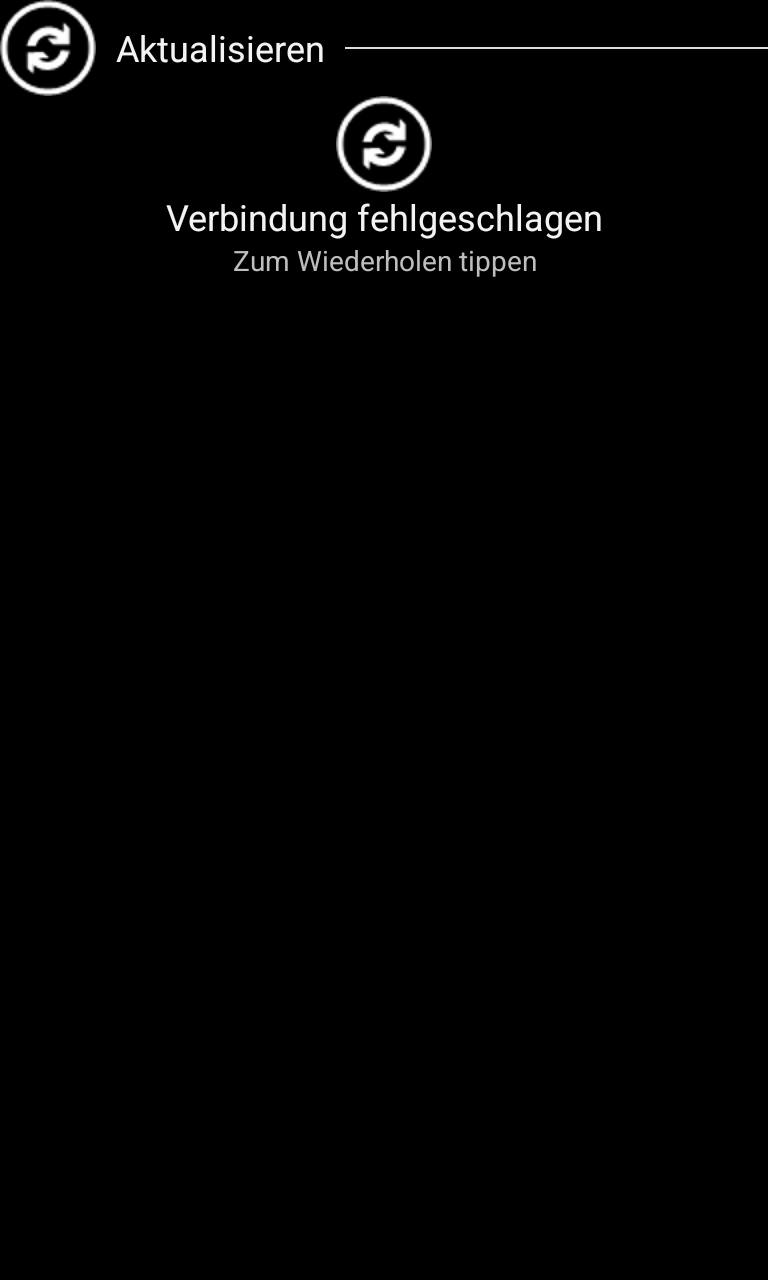
Repository: dwonisch/firefighterapp
Layout: FireFighter/res/layout/main.xml
The author's editor kept a copy of each file at every save. The layout is drawn from the files as they stood at one save, then again after the next save.
It is drawn on a 768 x 1280 px phone screen (xhdpi) without system bars, with theme android:Theme.Holo; the app's code is not run. Lists and similar views that code fills are empty.

Above is the layout before, as saved 2012-10-11 18:34:34.

After the next save:
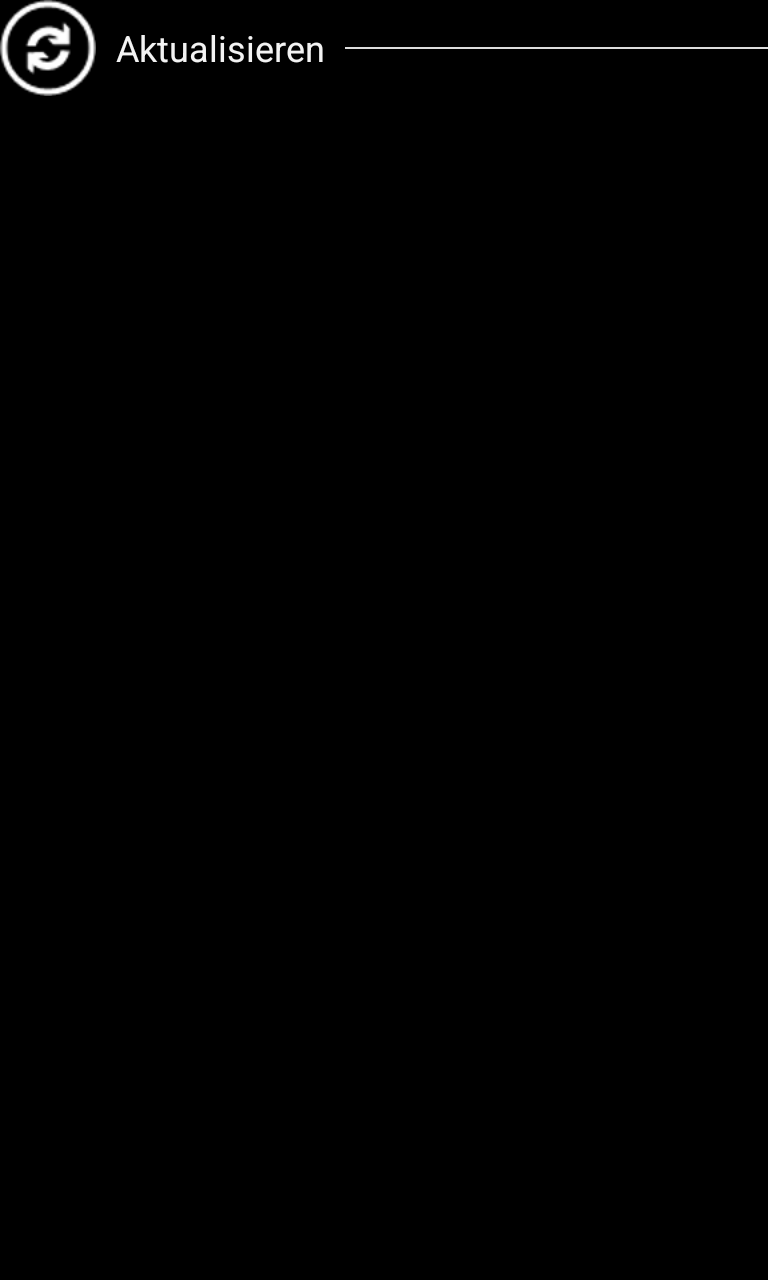
Saved 64 s later.
--- a/FireFighter/res/layout/main.xml
+++ b/FireFighter/res/layout/main.xml
@@ -5,33 +5,40 @@
     android:orientation="vertical" >
 
     <LinearLayout
+        xmlns:android="http://schemas.android.com/apk/res/android"
         android:id="@+id/refresh"
-        android:layout_width="match_parent"
-        android:layout_height="wrap_content"
-        android:layout_gravity="center_vertical|center_horizontal"
-        android:gravity="center"
-        android:onClick="onRefresh" >
+        android:layout_width="wrap_content"
+        android:layout_height="fill_parent"
+        android:orientation="vertical" >
 
-        <ImageView
-            android:layout_width="wrap_content"
+        <LinearLayout
+            android:layout_width="match_parent"
             android:layout_height="wrap_content"
             android:layout_gravity="center_vertical|center_horizontal"
-            android:contentDescription="Refresh"
-            android:src="@drawable/refresh" />
+            android:gravity="center"
+            android:onClick="onRefresh" >
 
-        <TextView
-            android:id="@+id/progress_Text"
-            android:layout_width="wrap_content"
-            android:layout_height="fill_parent"
-            android:gravity="center_vertical|center_horizontal"
-            android:padding="10dp"
-            android:text="Aktualisieren"
-            android:textAppearance="?android:attr/textAppearanceMedium" />
+            <ImageView
+                android:layout_width="wrap_content"
+                android:layout_height="wrap_content"
+                android:layout_gravity="center_vertical|center_horizontal"
+                android:contentDescription="Refresh"
+                android:src="@drawable/refresh" />
 
-        <View
-            android:layout_width="fill_parent"
-            android:layout_height="1dp"
-            android:background="#FFDDDDDD" />
+            <TextView
+                android:id="@+id/progress_Text"
+                android:layout_width="wrap_content"
+                android:layout_height="fill_parent"
+                android:gravity="center_vertical|center_horizontal"
+                android:padding="10dp"
+                android:text="Aktualisieren"
+                android:textAppearance="?android:attr/textAppearanceMedium" />
+
+            <View
+                android:layout_width="fill_parent"
+                android:layout_height="1dp"
+                android:background="#FFDDDDDD" />
+        </LinearLayout>
     </LinearLayout>
 
     <LinearLayout
